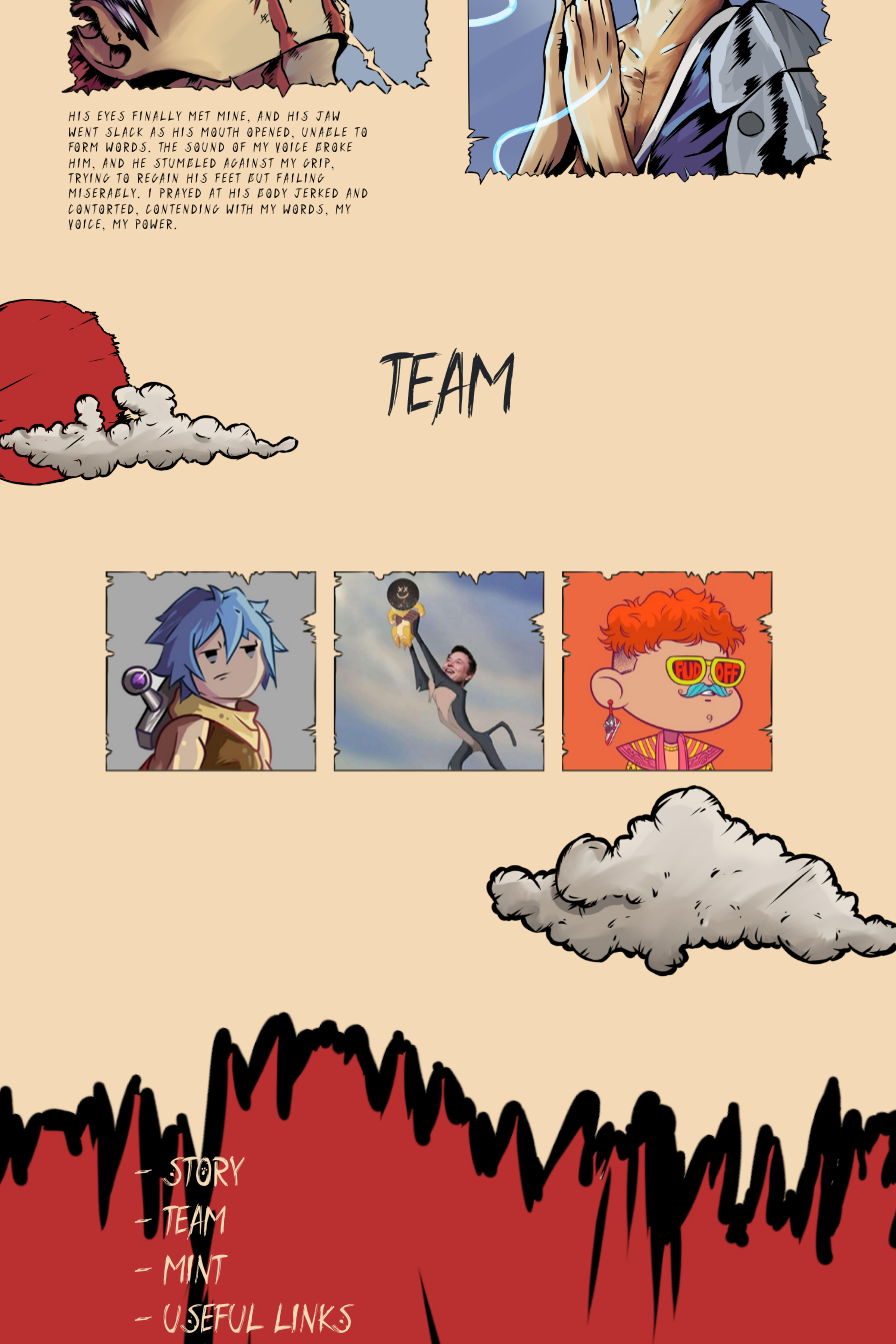
Repository: abzStudio/Kabuto-Web-notCompeleted
Page: index.html
An editor plug-in stored every save of this project. The page is shown before and after the next save, followed by the edit.
The browser window is 1280 px wide. The pictures show the part of the page from y = 2645 to 4565 px (the page is 4719 px tall), at 70% of full size.
Some web libraries are served in a nearby version.

Above is the page before, as saved 2023-03-30 22:58:21.

After the next save:
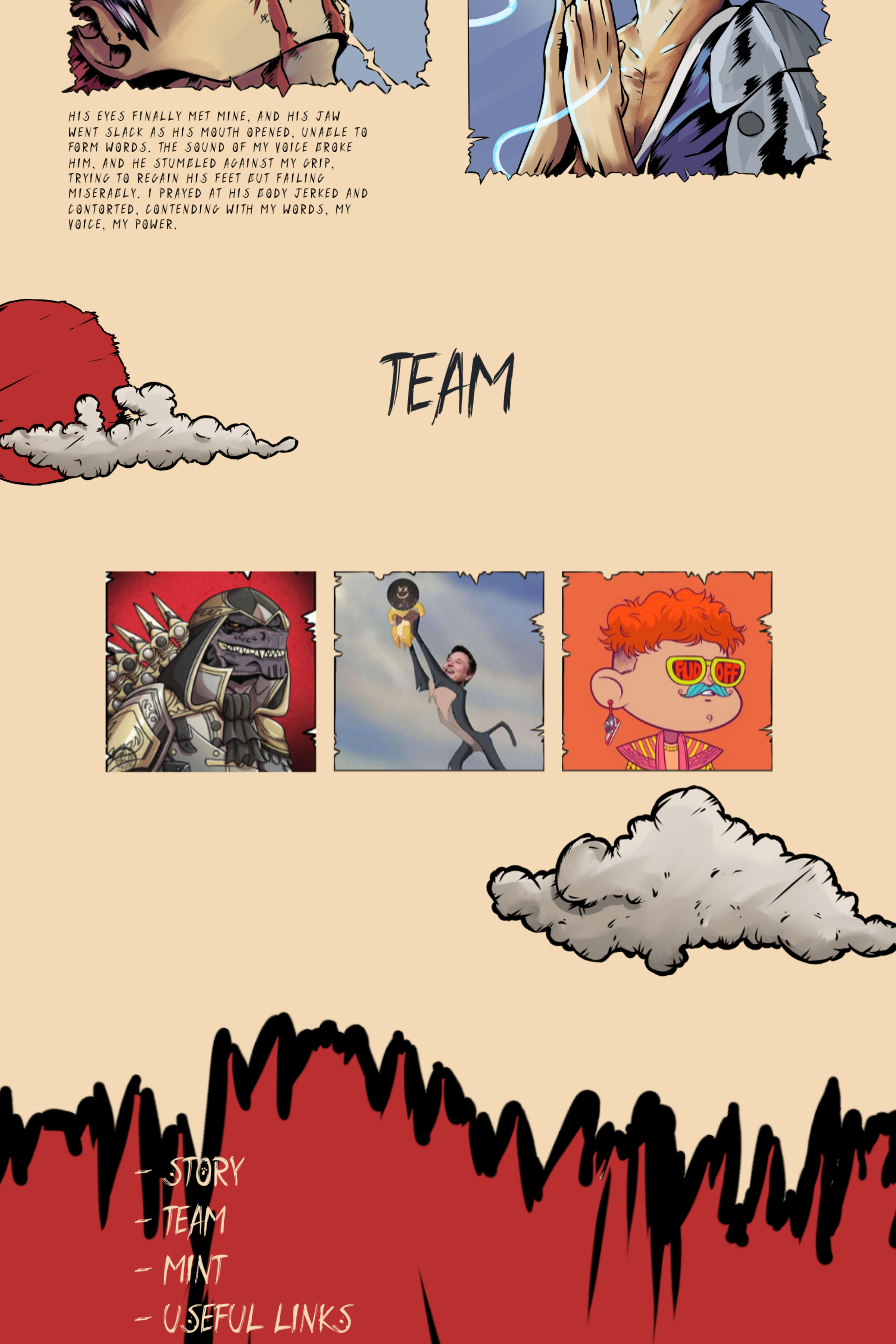
Saved 12 s later.
--- a/index.html
+++ b/index.html
@@ -121,7 +121,7 @@
               <div class="contan_images">
                 <div class="box">
                   <div class="imgBx">
-                    <img src="asset/images/Bileth.png">
+                    <img src="asset/images/team_a.jpeg">
                   </div>
                   <div class="content">
                     <div class="contentset">
